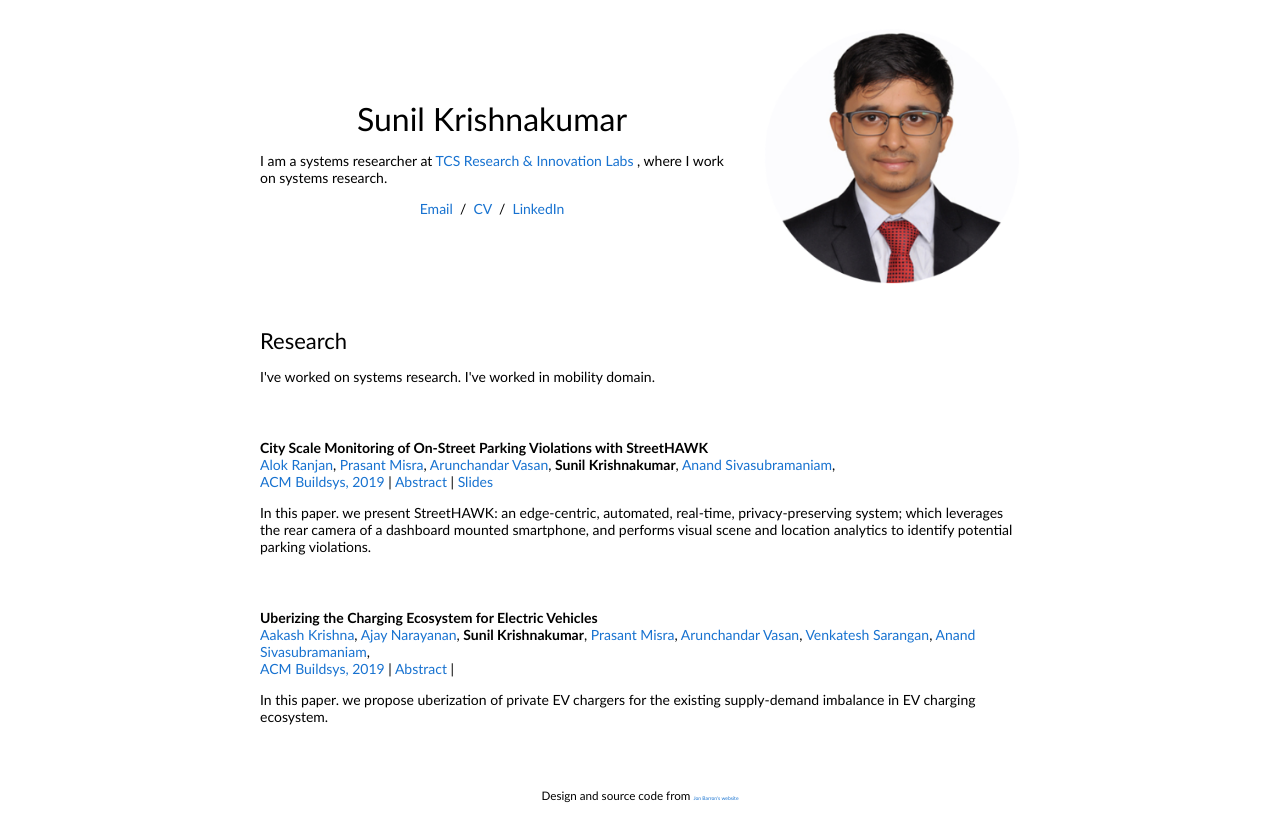
Repository: Sunil-KK/-
Page: index.html
The author's editor kept a copy of each file at every save. The page is drawn from the files as they stood at one save, then again after the next save.
The browser window is 1280 px wide. The pictures show the whole page.

Above is the page before, as saved 2020-09-02 02:09:16.

After the next save:
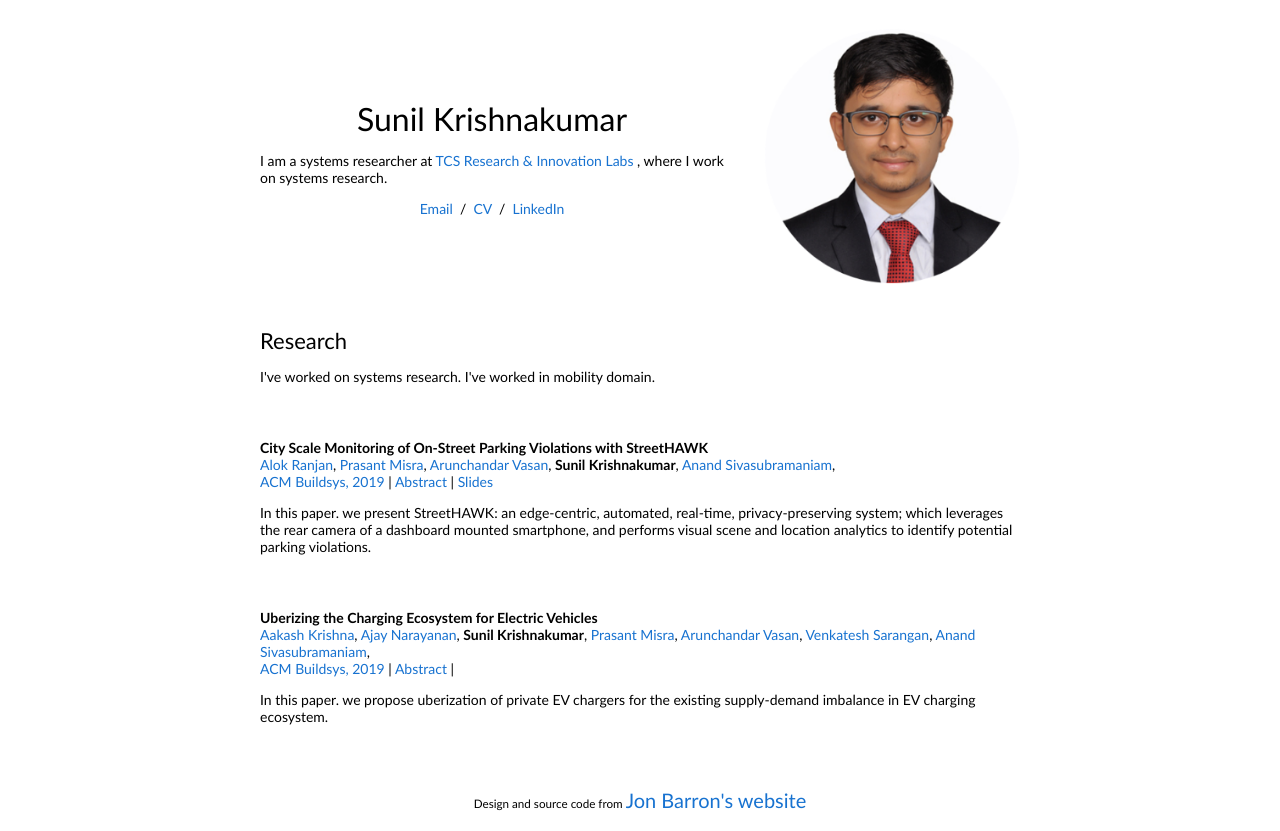
Saved 13 s later.
--- a/index.html
+++ b/index.html
@@ -115,7 +115,7 @@
             <td style="padding:0px">
               <br>
               <p style="text-align:center;font-size:smaller;">
-                Design and source code from <a href="https://github.com/jonbarron/jonbarron_website"style="font-size: 5px ">Jon Barron's website</a>
+                Design and source code from <a href="https://github.com/jonbarron/jonbarron_website"style="font-size: 20px ">Jon Barron's website</a>
                 <br>
               </p>
             </td>
